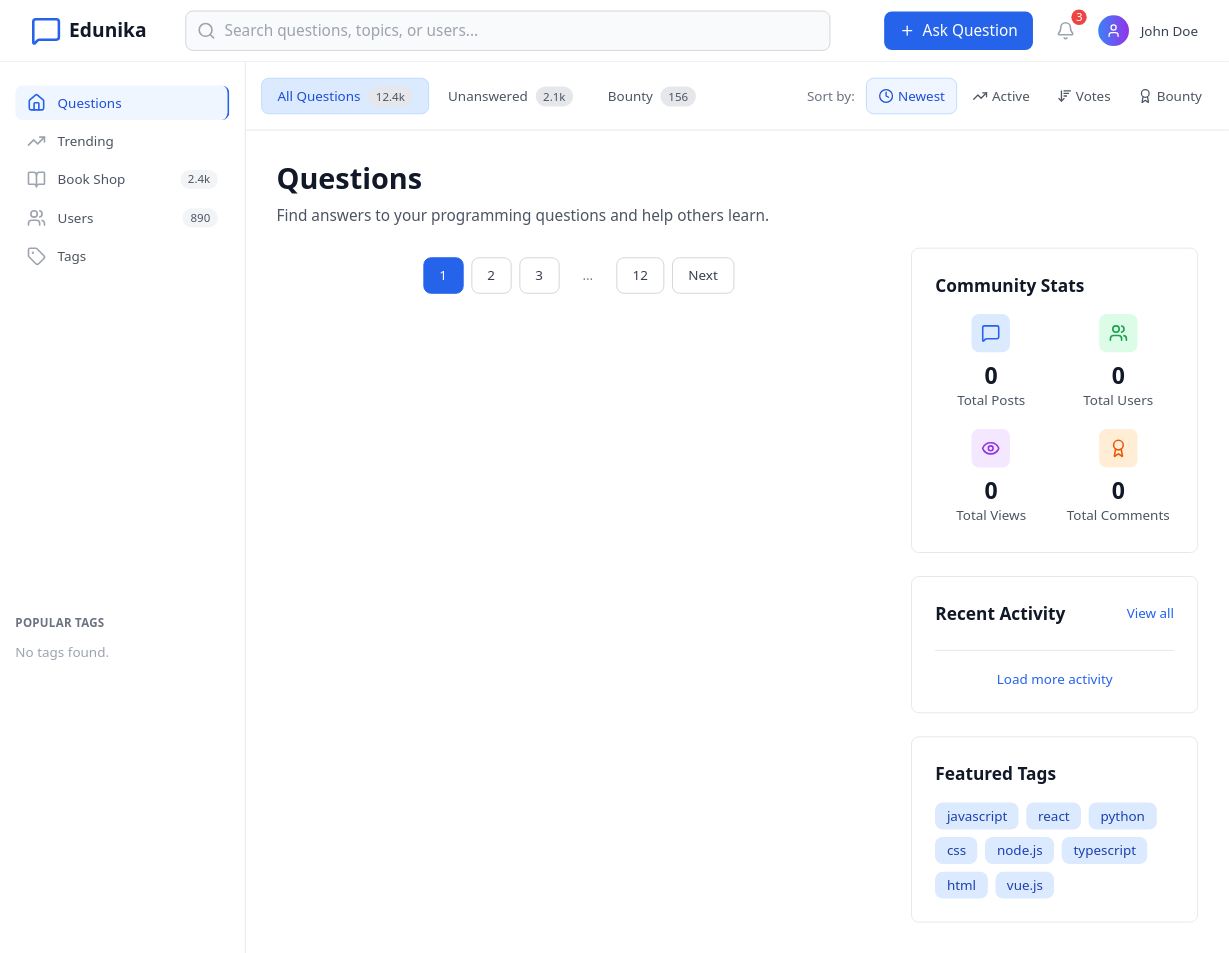
Repository: Ruddro420/forum-front-end
Page: /
An editor plug-in stored every save of this project. The page is shown before and after the next save, followed by the edit.
The browser window is 1280 px wide. The pictures show the whole page, at 96% of full size.
The page's requests for data from a server got no answer. The project was rebuilt for these pictures with package versions that can differ from the ones it lists, and the page was loaded fresh each time. No one was signed in, and anything a server would have sent is missing. Also part of the build but not shown: vite.config.js, src/Pages/Home.jsx, src/components/Question/QuestionCard.jsx, src/Pages/AskQuestion.jsx, src/Pages/ShopPage.jsx, src/Pages/QuestionDetail.jsx, src/Pages/ChatInterface.jsx, src/Pages/StudentProfile.jsx and 5 more.

Above is the page before, as saved 2025-08-06 21:18:03.

### index.html
<!doctype html>
<html lang="en">
  <head>
    <meta charset="UTF-8" />
    <link rel="icon" type="image/svg+xml" href="/vite.svg" />
    <meta name="viewport" content="width=device-width, initial-scale=1.0" />
    <title>Edunika</title>
  </head>
  <body>
    <div id="root"></div>
    <script type="module" src="/src/main.jsx"></script>
  </body>
</html>

### src/main.jsx
import { StrictMode } from 'react'
import { createRoot } from 'react-dom/client'
import './index.css'
import { createBrowserRouter, RouterProvider } from "react-router";
import MainLayout from './Layouts/MainLayout';
import Home from './Pages/Home';
import ForumPage from './Pages/ForumPage';
import AskQuestion from './Pages/AskQuestion';
import ShopPage from './Pages/ShopPage';
import QuestionDetail from './Pages/QuestionDetail';
import ChatInterface from './Pages/ChatInterface';
import StudentProfile from './Pages/StudentProfile';
import StudentDashboard from './Pages/StudentDashboard';
import Register from './Pages/Register';
import Login from './Pages/Login';
import PrivateRoute from './Auth/PrivateRoute';
import { AuthProvider } from './Auth/context/AuthContext';

const router = createBrowserRouter([
  {
    path: "",
    element: <MainLayout />,
    children: [
      { path: "/", element: <ForumPage /> },
      { path: "/questions", element: <ForumPage /> },
      { path: "/shop", element: <ShopPage /> },
    ]
  },
  {
    path: "",
    element: <PrivateRoute><MainLayout /></PrivateRoute>,
    children: [
      { path: "/ask-question", element: <AskQuestion /> },
      { path: "/question-detail/:id", element: <QuestionDetail /> },
      { path: "/chat/", element: <ChatInterface /> },
      { path: "/profile", element: <StudentProfile /> },
      { path: "/dashboard", element: <StudentDashboard /> },
    ]
  },
  { path: "/register", element: <Register /> },
  { path: "/login", element: <Login /> }
]);

createRoot(document.getElementById('root')).render(
  <StrictMode>
    <AuthProvider>
      <RouterProvider router={router} />
    </AuthProvider>
  </StrictMode>,
)

### src/index.css
@tailwind base;
@tailwind components;
@tailwind utilities;




/* :root {
  font-family: system-ui, Avenir, Helvetica, Arial, sans-serif;
  line-height: 1.5;
  font-weight: 400;

  color-scheme: light dark;
  color: rgba(255, 255, 255, 0.87);
  background-color: #242424;

  font-synthesis: none;
  text-rendering: optimizeLegibility;
  -webkit-font-smoothing: antialiased;
  -moz-osx-font-smoothing: grayscale;
}

@media (prefers-color-scheme: light) {
  :root {
    color: #213547;
    background-color: #ffffff;
  }
  a:hover {
    color: #747bff;
  }
  button {
    background-color: #f9f9f9;
  }
}
 */

### src/Layouts/MainLayout.jsx
import { useState } from "react";
import Header from "./Header";
import { Outlet } from "react-router";
import Sidebar from "./Sidebar";
import { Toaster } from "react-hot-toast";
import ScrollToTop from "../components/ScrollToTop";
import { useAuth } from "../Auth/context/AuthContext";


const MainLayout = () => {
  const [isSidebarOpen, setIsSidebarOpen] = useState(false);
  const { user, logout } = useAuth();

  return (
    <>
      <ScrollToTop />
      {/* {user ? (
        <>
          <span className="text-gray-700">Hi, {user.name}</span>
          <button
            onClick={logout}
            className="bg-red-500 text-white px-3 py-1 rounded hover:bg-red-600"
          >
            Logout
          </button>
        </>
      ) : (
        <a href="/login" className="text-blue-600">Login</a>
      )} */}
      <Header
        onMenuToggle={() => setIsSidebarOpen(!isSidebarOpen)}
        isMenuOpen={isSidebarOpen}
      />
      <div className="flex">
        <Sidebar
          isOpen={isSidebarOpen}
          onClose={() => setIsSidebarOpen(false)}
        />
        <main className="flex-1 lg:ml-0">
          <Outlet />
        </main>
      </div>
      <Toaster position='top-center' />
    </>
  );
};

export default MainLayout;

### src/Pages/ForumPage.jsx
/* eslint-disable no-unused-vars */
import FilterBar from "../components/FilterBar";
import ActivityFeed from "../components/ActivityFeed";
import StatsWidget from "../components/StatsWidget";
import QuestionList from "../components/Question/QuestionList";
import { useAuth } from "../Auth/context/AuthContext";

const ForumPage = () => {
  // load data form authcontext
  const {posts} = useAuth();
  return (
    <>
      <FilterBar />
      <div className="mx-auto px-4 sm:px-6 lg:px-8 py-8">
        <div className="grid grid-cols-1 lg:grid-cols-3 gap-8">
          {/* Main Content */}
          <div className="lg:col-span-2">
            <div className="mb-6">
              <h1 className="text-3xl font-bold text-gray-900 mb-2">
                Questions
              </h1>
              <p className="text-gray-600">
                Find answers to your programming questions and help others learn.
              </p>
            </div>
            <QuestionList />

            {/* Pagination */}
            <div className="mt-8 flex items-center justify-center space-x-2">
              {[1, 2, 3].map((num) => (
                <button
                  key={num}
                  className={`px-4 py-2 text-sm font-medium border rounded-lg ${
                    num === 1
                      ? "text-white bg-blue-600 border-blue-600"
                      : "text-gray-700 bg-white border-gray-300 hover:bg-gray-50"
                  }`}
                >
                  {num}
                </button>
              ))}
              <span className="px-4 py-2 text-sm text-gray-500">...</span>
              <button className="px-4 py-2 text-sm font-medium text-gray-700 bg-white border border-gray-300 rounded-lg hover:bg-gray-50">
                12
              </button>
              <button className="px-4 py-2 text-sm font-medium text-gray-700 bg-white border border-gray-300 rounded-lg hover:bg-gray-50">
                Next
              </button>
            </div>
          </div>

          {/* Sidebar Content */}
          <div className="space-y-6 mt-[90px]">
            <StatsWidget />
            <ActivityFeed />

            {/* Featured Tags */}
            <div className="bg-white rounded-lg border border-gray-200 p-6">
              <h3 className="text-lg font-semibold text-gray-900 mb-4">
                Featured Tags
              </h3>
              <div className="flex flex-wrap gap-2">
                {[
                  "javascript",
                  "react",
                  "python",
                  "css",
                  "node.js",
                  "typescript",
                  "html",
                  "vue.js",
                ].map((tag) => (
                  <span
                    key={tag}
                    className="px-3 py-1 bg-blue-100 text-blue-800 rounded-lg text-sm font-medium cursor-pointer hover:bg-blue-200 transition-colors"
                  >
                    {tag}
                  </span>
                ))}
              </div>
            </div>
          </div>
        </div>
      </div>
    </>
  );
};

export default ForumPage;

### src/Auth/context/AuthContext.jsx
/* eslint-disable react-refresh/only-export-components */
import { createContext, useContext, useEffect, useState } from "react";
import { useNavigate } from "react-router";

const AuthContext = createContext(null);

export const AuthProvider = ({ children }) => {
    const [user, setUser] = useState(null);
    const [loading, setLoading] = useState(true);


    // Load user from sessionStorage on refresh
    useEffect(() => {
        fetchUser()

    }, []);



    const fetchUser = async () => {
        const userId = sessionStorage.getItem("userId");
        try {
            const res = await fetch(`${import.meta.env.VITE_SERVER_API}/me/${userId}`, {
                credentials: "include", // important if using cookies
            });
            // console.log("respose of me", res);
            if (!res.ok) throw new Error("Failed to fetch user");
            const data = await res.json();
            setUser(data);
        } catch (error) {
            console.error("Fetch user error:", error);
            setUser(null);
        } finally {
            setLoading(false);
        }
    };

    // Login using POST
    const login = async (email, password) => {
        try {
            const res = await fetch(`${import.meta.env.VITE_SERVER_API}/login`, {
                method: "POST",
                headers: {
                    "Content-Type": "application/json",
                },
                body: JSON.stringify({ email, password }),
            });

            const data = await res.json();
            console.log("logindata", data.user);
            // setUser(data.user);

            // If API returns a user id
            if (data?.user?.id) {
                sessionStorage.setItem("userId", data.user.id); // optional
                await fetchUser(); // ✅ no id needed
                return { success: true };
            } else {
                return { success: false, message: data?.message || "Invalid credentials" };
            }
        } catch (error) {
            console.error("Login error:", error);
            return { success: false, message: "Login failed" };
        }
    };

    // const navigate = useNavigate();

    const logout = () => {
        sessionStorage.removeItem("userId");
        setUser(null);
        window.location.reload();
    };

    const [posts, setPosts] = useState([])

    // fetch post data
    const fetchPost = async () => {
        //   const userId = sessionStorage.getItem("userId");
        try {
            const res = await fetch(`${import.meta.env.VITE_SERVER_API}/posts`);
            // console.log("respose of me",res);
            if (!res.ok) throw new Error("Failed to fetch user");
            const data = await res.json();
            setPosts(data.data);
        } catch (error) {
            console.error("Fetch user error:", error);
            // setUser(null);
        } finally {
            setLoading(false);
        }
    };

    // console.log(posts);

    useEffect(() => {
        fetchPost()
    }, [])

    console.log(posts);






    return (
        <AuthContext.Provider value={{ user, loading, login, logout, fetchUser,posts }}>
            {children}
        </AuthContext.Provider>
    );
};

export const useAuth = () => useContext(AuthContext);

### src/Layouts/Header.jsx
import React, { useState } from 'react';
import { Search, Bell, MessageSquare, User, Menu, X, Plus } from 'lucide-react';
import { useNavigate } from 'react-router';

const Header = ({ onMenuToggle, isMenuOpen }) => {
  const [isSearchFocused, setIsSearchFocused] = useState(false);
  const navigate = useNavigate();

  return (
    <header className="bg-white border-b border-gray-200 sticky top-0 z-[999]">
      <div className=" mx-auto px-4 sm:px-6 lg:px-8">
        <div className="flex justify-between items-center h-16">
          {/* Logo and Mobile Menu */}
          <div className="flex items-center">
            <button
              onClick={onMenuToggle}
              className="lg:hidden p-2 rounded-md text-gray-400 hover:text-gray-500 hover:bg-gray-100 transition-colors"
            >
              {isMenuOpen ? <X className="h-6 w-6" /> : <Menu className="h-6 w-6" />}
            </button>
            <div className="flex items-center ml-2 lg:ml-0">
              <MessageSquare className="h-8 w-8 text-blue-600" />
              <span className="ml-2 text-xl font-bold text-gray-900">Edunika</span>
            </div>
          </div>

          {/* Search Bar */}
          <div className="flex-1 max-w-2xl mx-8 hidden md:block">
            <div className="relative">
              <div className="absolute inset-y-0 left-0 pl-3 flex items-center pointer-events-none">
                <Search className={`h-5 w-5 transition-colors ${isSearchFocused ? 'text-blue-500' : 'text-gray-400'}`} />
              </div>
              <input
                type="text"
                placeholder="Search questions, topics, or users..."
                className="block w-full pl-10 pr-4 py-2 border border-gray-300 rounded-lg bg-gray-50 focus:outline-none focus:ring-2 focus:ring-blue-500 focus:border-transparent focus:bg-white transition-all"
                onFocus={() => setIsSearchFocused(true)}
                onBlur={() => setIsSearchFocused(false)}
              />
            </div>
          </div>

          {/* Actions */}
          <div className="flex items-center space-x-4">
            <button className="md:hidden p-2 text-gray-400 hover:text-gray-500">
              <Search className="h-5 w-5" />
            </button>

            <button onClick={()=>navigate("/ask-question")} className="bg-blue-600 hover:bg-blue-700 text-white px-4 py-2 rounded-lg font-medium transition-colors flex items-center">
              <Plus className="h-4 w-4 mr-2" />
              <span className="hidden sm:inline">Ask Question</span>
            </button>

            <button className="p-2 text-gray-400 hover:text-gray-500 relative">
              <Bell className="h-5 w-5" />
              <span className="absolute -top-1 -right-1 h-4 w-4 bg-red-500 rounded-full text-xs text-white flex items-center justify-center">3</span>
            </button>

            <div onClick={()=>navigate("/profile")} className="flex items-center space-x-3 cursor-pointer">
              <div className="w-8 h-8 bg-gradient-to-r from-blue-500 to-purple-600 rounded-full flex items-center justify-center">
                <User className="h-4 w-4 text-white" />
              </div>
              <span className="hidden sm:block text-sm font-medium text-gray-700">John Doe</span>
            </div>
          </div>
        </div>
      </div>
    </header>
  );
};

export default Header;

### src/components/ScrollToTop.jsx
import { useEffect } from 'react';
import { useLocation } from 'react-router';

const ScrollToTop = () => {
  const { pathname } = useLocation();

  useEffect(() => {
    window.scrollTo({
      top: 0,
      behavior: 'smooth', // or 'auto' if you want instant scroll
    });
  }, [pathname]);

  return null;
};

export default ScrollToTop;

### src/components/StatsWidget.jsx
import { Award, Eye, MessageSquare, Users } from "lucide-react";
import { useAuth } from "../Auth/context/AuthContext";

const StatsWidget = () => {
  const { stats } = useAuth();

  const statsData = [
    {
      label: "Total Posts",
      value: stats?.total_posts ?? 0,
      change: "+234",
      changeType: "increase",
      icon: MessageSquare,
      color: "text-blue-600",
      bgColor: "bg-blue-100",
    },
    {
      label: "Total Users",
      value: stats?.total_users ?? 0,
      change: "+156",
      changeType: "increase",
      icon: Users,
      color: "text-green-600",
      bgColor: "bg-green-100",
    },
    {
      label: "Total Views",
      value: stats?.total_views ?? 0,
      change: "+12%",
      changeType: "increase",
      icon: Eye,
      color: "text-purple-600",
      bgColor: "bg-purple-100",
    },
    {
      label: "Total Comments",
      value: stats?.total_comments ?? 0,
      change: "+45",
      changeType: "increase",
      icon: Award,
      color: "text-orange-600",
      bgColor: "bg-orange-100",
    },
  ];

  return (
    <div className="bg-white rounded-lg border border-gray-200 p-6 dark:bg-gray-800 dark:border-gray-700">
      <h3 className="text-lg font-semibold text-gray-900 dark:text-white mb-4">
        Community Stats
      </h3>

      <div className="grid grid-cols-2 gap-4">
        {statsData.map((stat, index) => {
          const Icon = stat.icon;
          return (
            <div key={index} className="text-center">
              <div
                className={`inline-flex items-center justify-center w-10 h-10 rounded-lg ${stat.bgColor} mb-2`}
              >
                <Icon className={`h-5 w-5 ${stat.color}`} />
              </div>
              <div className="text-2xl font-bold text-gray-900 dark:text-white">
                {stat.value}
              </div>
              <div className="text-sm text-gray-600 dark:text-gray-400 mb-1">
                {stat.label}
              </div>
              {/* <div className="text-xs text-green-600 font-medium">
                {stat.change} this week
              </div> */}
            </div>
          );
        })}
      </div>
    </div>
  );
};

export default StatsWidget;

### src/components/Question/QuestionList.jsx
// import questions from '../../../public/data/questions.json'
import { useAuth } from '../../Auth/context/AuthContext';
import QuestionCard from './QuestionCard';

const QuestionList = () => {
const {posts} = useAuth();
console.log(posts);


  return (
    <div className="space-y-4">
      {posts?.map((question) => (
        <QuestionCard key={question.id} question = {question} />
      ))}
    </div>
  );
};

export default QuestionList;

Loaded but not shown: tailwind.config.js (common file); src/Layouts/Sidebar.jsx (138 lines, source omitted); src/components/ActivityFeed.jsx (104 lines, source omitted); src/components/FilterBar.jsx (94 lines, source omitted)

After the next save:
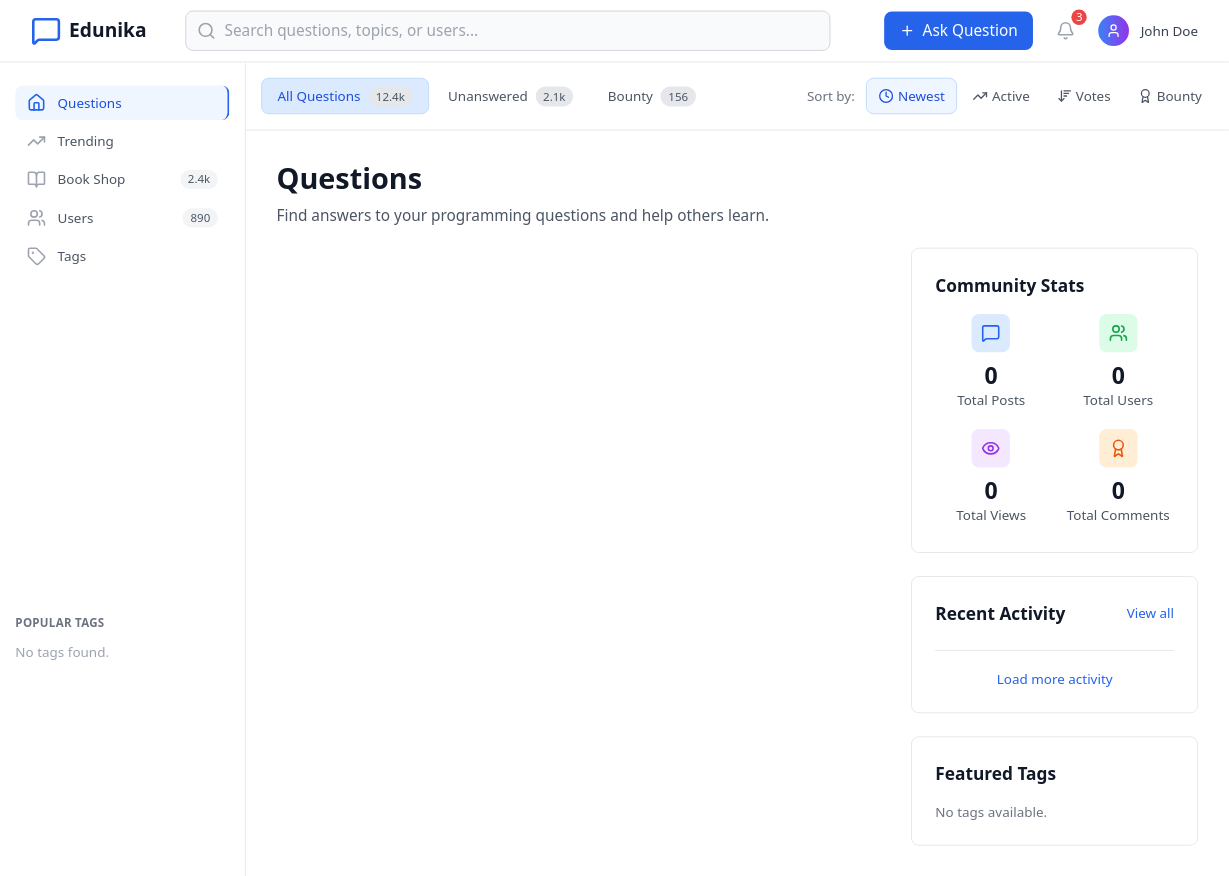
Saved 3 min 18 s later.
--- a/src/Pages/ForumPage.jsx
+++ b/src/Pages/ForumPage.jsx
@@ -1,4 +1,4 @@
-/* eslint-disable no-unused-vars */
+import React, { useState } from "react";
 import FilterBar from "../components/FilterBar";
 import ActivityFeed from "../components/ActivityFeed";
 import StatsWidget from "../components/StatsWidget";
@@ -6,8 +6,18 @@ import QuestionList from "../components/Question/QuestionList";
 import { useAuth } from "../Auth/context/AuthContext";
 
 const ForumPage = () => {
-  // load data form authcontext
-  const {posts} = useAuth();
+  const { posts, fetauredTag } = useAuth();
+  const [currentPage, setCurrentPage] = useState(1);
+  const postsPerPage = 4;
+
+  const totalPages = Math.ceil(posts.length / postsPerPage);
+  const paginatedPosts = posts.slice(
+    (currentPage - 1) * postsPerPage,
+    currentPage * postsPerPage
+  );
+
+  const tags = fetauredTag ? Object.keys(fetauredTag).slice(0, 9) : [];
+
   return (
     <>
       <FilterBar />
@@ -16,36 +26,38 @@ const ForumPage = () => {
           {/* Main Content */}
           <div className="lg:col-span-2">
             <div className="mb-6">
-              <h1 className="text-3xl font-bold text-gray-900 mb-2">
-                Questions
-              </h1>
+              <h1 className="text-3xl font-bold text-gray-900 mb-2">Questions</h1>
               <p className="text-gray-600">
                 Find answers to your programming questions and help others learn.
               </p>
             </div>
-            <QuestionList />
+
+            <QuestionList posts={paginatedPosts} />
 
             {/* Pagination */}
             <div className="mt-8 flex items-center justify-center space-x-2">
-              {[1, 2, 3].map((num) => (
+              {Array.from({ length: totalPages }, (_, i) => i + 1).map((page) => (
                 <button
-                  key={num}
+                  key={page}
+                  onClick={() => setCurrentPage(page)}
                   className={`px-4 py-2 text-sm font-medium border rounded-lg ${
-                    num === 1
+                    currentPage === page
                       ? "text-white bg-blue-600 border-blue-600"
                       : "text-gray-700 bg-white border-gray-300 hover:bg-gray-50"
                   }`}
                 >
-                  {num}
+                  {page}
                 </button>
               ))}
-              <span className="px-4 py-2 text-sm text-gray-500">...</span>
-              <button className="px-4 py-2 text-sm font-medium text-gray-700 bg-white border border-gray-300 rounded-lg hover:bg-gray-50">
-                12
-              </button>
-              <button className="px-4 py-2 text-sm font-medium text-gray-700 bg-white border border-gray-300 rounded-lg hover:bg-gray-50">
-                Next
-              </button>
+
+              {currentPage < totalPages && (
+                <button
+                  onClick={() => setCurrentPage((prev) => prev + 1)}
+                  className="px-4 py-2 text-sm font-medium text-gray-700 bg-white border border-gray-300 rounded-lg hover:bg-gray-50"
+                >
+                  Next
+                </button>
+              )}
             </div>
           </div>
 
@@ -55,28 +67,25 @@ const ForumPage = () => {
             <ActivityFeed />
 
             {/* Featured Tags */}
-            <div className="bg-white rounded-lg border border-gray-200 p-6">
-              <h3 className="text-lg font-semibold text-gray-900 mb-4">
+            <div className="bg-white rounded-lg border border-gray-200 p-6 dark:bg-gray-800 dark:border-gray-700">
+              <h3 className="text-lg font-semibold text-gray-900 dark:text-white mb-4">
                 Featured Tags
               </h3>
               <div className="flex flex-wrap gap-2">
-                {[
-                  "javascript",
-                  "react",
-                  "python",
-                  "css",
-                  "node.js",
-                  "typescript",
-                  "html",
-                  "vue.js",
-                ].map((tag) => (
-                  <span
-                    key={tag}
-                    className="px-3 py-1 bg-blue-100 text-blue-800 rounded-lg text-sm font-medium cursor-pointer hover:bg-blue-200 transition-colors"
-                  >
-                    {tag}
+                {tags.length > 0 ? (
+                  tags.map((tag) => (
+                    <span
+                      key={tag}
+                      className="px-3 py-1 bg-blue-100 text-blue-800 rounded-lg text-sm font-medium cursor-pointer hover:bg-blue-200 transition-colors dark:bg-blue-900 dark:text-blue-300 dark:hover:bg-blue-800"
+                    >
+                      {tag}
+                    </span>
+                  ))
+                ) : (
+                  <span className="text-sm text-gray-500 dark:text-gray-400">
+                    No tags available.
                   </span>
-                ))}
+                )}
               </div>
             </div>
           </div>
